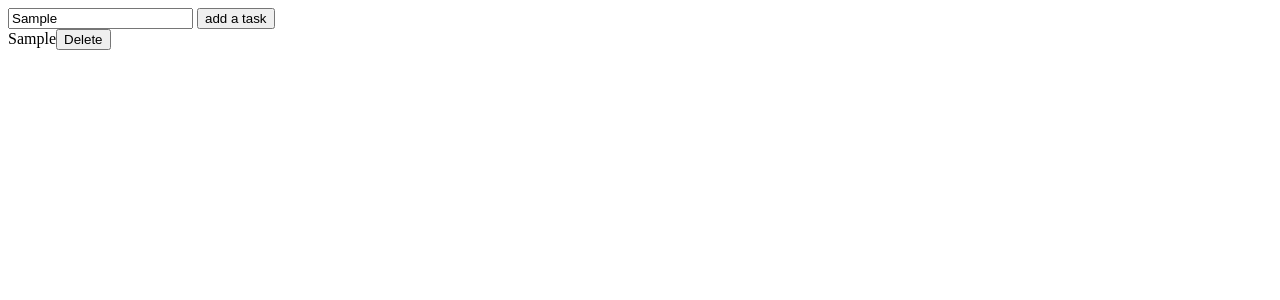
Repository: tanayburbure/Todo-application
Page: index.html
These files come from the project's save history. The page is drawn as it stood at one moment and after the next save; the edit follows.
The browser window is 1280 px wide. The pictures show the whole page.
Empty fields were first filled with sample values (such as "Sample", 5 or name@example.com).
After loading, the first visible `button` was clicked once.

Above is the page before, as saved 2025-10-24 19:21:41.

After the next save:
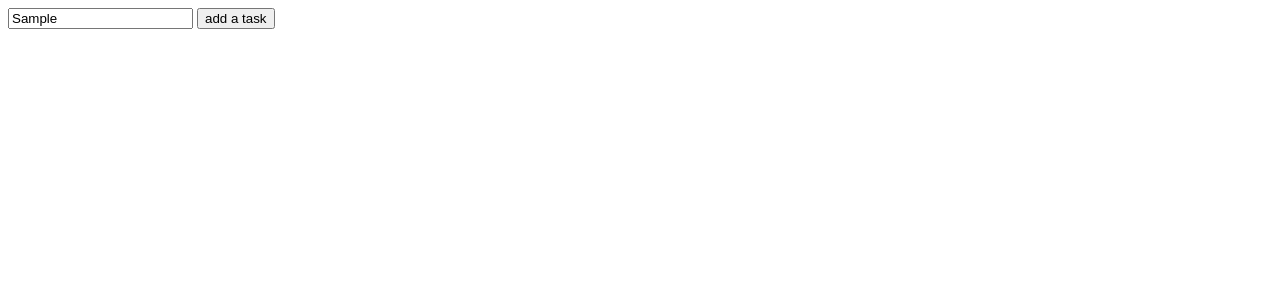
Console error: ReferenceError: addtodo is not defined
Saved 21 h 15 min later.
--- a/script.js
+++ b/script.js
@@ -79,16 +79,19 @@
 
 //  More Cleaner Way to write the code
 
-function addtodo(){
-   const value = document.querySelector("input").value;
-   const spanEl = document.createElement("span");
-   const buttonEl = document.createElement("button");
-   spanEl.innerHTML = value;
-   buttonEl.innerHTML = "Delete";
-   ///
-   const divEl = document.createElement("div");
-   divEl.appendChild(spanEl);
-   divEl.appendChild(buttonEl);
-   ///
-   document.querySelector("body").appendChild(divEl)
-}
+// function addtodo(){
+//    const value = document.querySelector("input").value;
+//    const spanEl = document.createElement("span");
+//    const buttonEl = document.createElement("button");
+//    spanEl.innerHTML = value;
+//    buttonEl.innerHTML = "Delete";
+//    ///
+//    const divEl = document.createElement("div");
+//    divEl.appendChild(spanEl);
+//    divEl.appendChild(buttonEl);
+//    ///
+//    document.querySelector("body").appendChild(divEl)
+// }
+
+
+//Better approach as we are going more functionality
